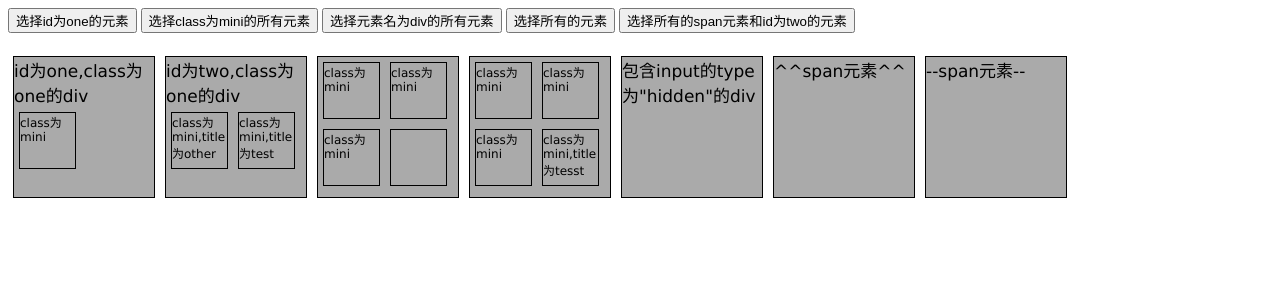
Repository: smilebingbing/java
Page: day_1/WebContent/jquery3.html
The author's editor kept a copy of each file at every save. The page is drawn from the files as they stood at one save, then again after the next save.
The browser window is 1280 px wide. The pictures show the whole page.

Above is the page before, as saved 2016-10-15 07:20:44.

After the next save:
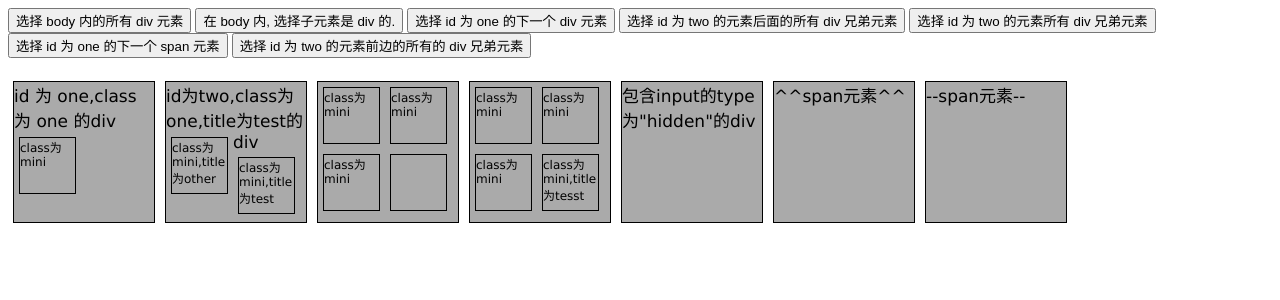
Saved 107 s later.
--- a/day_1/WebContent/jquery3.html
+++ b/day_1/WebContent/jquery3.html
@@ -5,26 +5,29 @@
 
 <title>Insert title here</title>
 <style type="text/css">
-    div,span,p {
-    	width:140px;
-    	height:140px;
-    	margin:5px;
-    	background:#aaa;
-    	border:#000 1px solid;
-    	float:left;
-    	font-size:17px;
-    	font-family:Verdana;
-    }
-    div.mini {
-    	width:55px;
-    	height:55px;
-    	background-color:#aaa;
-    	font-size:12px;
-    }
-    div.hide {
-    	display:none;
-    }
-</style>
+			div, span, p {
+			    width: 140px;
+			    height: 140px;
+			    margin: 5px;
+			    background: #aaa;
+			    border: #000 1px solid;
+			    float: left;
+			    font-size: 17px;
+			    font-family: Verdana;
+			}
+
+			div.mini {
+			    width: 55px;
+			    height: 55px;
+			    background-color: #aaa;
+			    font-size: 12px;
+			}
+
+			div.hide {
+			    display: none;
+			}
+		</style>
+
 <script type="text/javascript" src="jquery-1.7.2.js"></script>
 <script type="text/javascript">
 
@@ -57,42 +60,43 @@
 </script>
 </head>
 <body>
-	<input type="button" value="选择id为one的元素" id="btn1" />
-	<input type="button" value="选择class为mini的所有元素" id="btn2" />
-	<input type="button" value="选择元素名为div的所有元素" id="btn3" />
-	<input type="button" value="选择所有的元素" id="btn4" />
-	<input type="button" value="选择所有的span元素和id为two的元素" id="btn5" />
-	<br>
-	<br>
-	<div class="one" id="one" title="text">
-			id为one,class为one的div
+		<input type="button" value="选择 body 内的所有 div 元素" id="btn1" />
+		<input type="button" value="在 body 内, 选择子元素是 div 的." id="btn2" />
+		<input type="button" value="选择 id 为 one 的下一个 div 元素" id="btn3" />
+		<input type="button" value="选择 id 为 two 的元素后面的所有 div 兄弟元素" id="btn4" />
+		<input type="button" value="选择 id 为 two 的元素所有 div 兄弟元素" id="btn5" />
+		<input type="button" value="选择 id 为 one 的下一个 span 元素" id="btn6" />
+		<input type="button" value="选择 id 为 two 的元素前边的所有的 div 兄弟元素" id="btn7" />
+
+		<br><br>
+		<div class="one" id="one">
+			id 为 one,class 为 one 的div
 			<div class="mini">class为mini</div>
-	</div>
-	<div class="one" id="two" title="text">
-			id为two,class为one的div
+		</div>
+		<div class="one" id="two" title="test">
+			id为two,class为one,title为test的div
 			<div class="mini" title="other">class为mini,title为other</div>
 			<div class="mini" title="test">class为mini,title为test</div>
-	</div>
-	<div class="one">
-		<div class="mini">class为mini</div>
-		<div class="mini">class为mini</div>
-		<div class="mini">class为mini</div>
-		<div class="mini"></div>
-	</div>
-	<div class="one">
-		<div class="mini">class为mini</div>
-		<div class="mini">class为mini</div>
-		<div class="mini">class为mini</div>
-		<div class="mini" title="tesst">class为mini,title为tesst</div>
-	</div>
-	<div style="display:none;" class="none">style的display为"none"</div>
-	<div class="hide">class为hide的div</div>
-	<div>
+		</div>
+		<div class="one">
+			<div class="mini">class为mini</div>
+			<div class="mini">class为mini</div>
+			<div class="mini">class为mini</div>
+			<div class="mini"></div>
+		</div>
+		<div class="one">
+			<div class="mini">class为mini</div>
+			<div class="mini">class为mini</div>
+			<div class="mini">class为mini</div>
+			<div class="mini" title="tesst">class为mini,title为tesst</div>
+		</div>
+		<div style="display:none;" class="none">style的display为"none"的div</div>
+		<div class="hide">class为"hide"的div</div>
+		<div>
 			包含input的type为"hidden"的div<input type="hidden" size="8">
-	</div>
-	<span id="span">^^span元素^^</span>
-	<span id="span">--span元素--</span>
+		</div>
+		<span id="span">^^span元素^^</span>
+		<span id="span">--span元素--</span>
+	</body>
 
-
-</body>
 </html>
